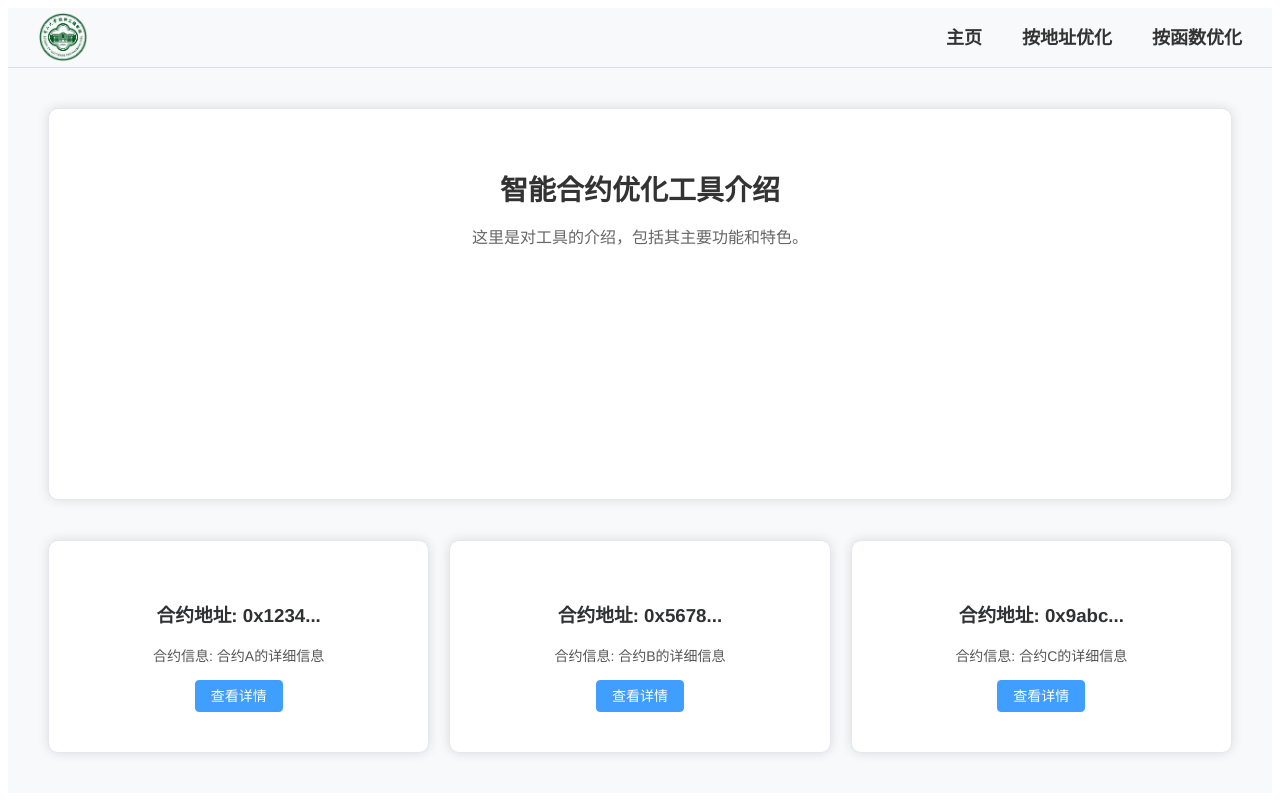
Repository: syckcoding/SmartHalo
Page: /
These files come from the project's save history. The page is drawn as it stood at one moment and after the next save; the edit follows.
The browser window is 1280 px wide. The pictures show the whole page.
The project was rebuilt for these pictures with package versions that can differ from the ones it lists, and the page was loaded fresh each time. Also part of the build but not shown: vite.config.js, src/views/Detail.vue.

Above is the page before, as saved 2024-10-05 11:24:23.

### src/main.js
import { createApp } from 'vue';
import App from './App.vue';
import router from './router';
import ElementPlus from 'element-plus';
import 'element-plus/dist/index.css';

createApp(App).use(router).use(ElementPlus).mount('#app');

### src/App.vue
<template>
  <div id="app">
    <Navbar />
    <router-view />
  </div>
</template>

<script>
import Navbar from './components/Navbar.vue';

export default {
  components: {
    Navbar,
  },
};
</script>

<style>
/* 样式设置 */
#app {
  font-family: Avenir, Helvetica, Arial, sans-serif;
  text-align: center;
  color: #2c3e50;
}
</style>

### src/router/index.js
import { createRouter, createWebHistory } from 'vue-router';
import Home from '../views/Home.vue';
import Detail from '../views/Detail.vue';

const routes = [
  { path: '/', name: 'Home', component: Home },
  { path: '/detail/:id', name: 'Detail', component: Detail, props: true },
];

const router = createRouter({
  history: createWebHistory(process.env.BASE_URL),
  routes,
});

export default router;

### src/components/Navbar.vue
<!-- <template>
  <el-menu :default-active="activeIndex" class="el-menu-demo" mode="horizontal">
    <el-menu-item index="0" class="logo-item">
      <img src="@/assets/intro-image.png" alt="工具LOGO" class="intro-logo" />
    </el-menu-item>
    <div class="menu-right">
      <el-menu-item index="1" @click="goToHome" class="menu-item">主页</el-menu-item>
      <el-menu-item index="2" @click="goToAddressOptimization" class="menu-item">按地址优化</el-menu-item>
      <el-menu-item index="3" @click="goToFunctionOptimization" class="menu-item">按函数优化</el-menu-item>
    </div>
  </el-menu>
</template>

<script>
export default {
  data() {
    return {
      activeIndex: '1',
    };
  },
  methods: {
    goToHome() {
      this.$router.push({ name: 'Home' });
    },
    goToAddressOptimization() {
      this.$router.push({ name: 'Detail', params: { mode: 'address' } });
    },
    goToFunctionOptimization() {
      this.$router.push({ name: 'Detail', params: { mode: 'function' } });
    },
  },
};
</script>

<style scoped>
.el-menu-demo {
  background-color: #f8f9fa;  /* 浅灰色背景，与主页阴影一致 */
  color: #333;
  padding: 10px;
  display: flex;
  align-items: center;
  box-shadow: 0 2px 4px rgba(0, 0, 0, 0.1);  /* 浅灰色阴影效果 */
  border-bottom: 2px solid #2196f3;  /* 底部蓝色线条区分 */
  justify-content: space-between; /* 主轴两端对齐，使左侧logo与右侧菜单分别靠边 */
}

.logo-item {
  pointer-events: none;
  position: relative;
  left: 20px;
  z-index: 10;  /* 保证logo始终在最外层 */
}

.intro-logo {
  width: 55px;
  height: 55px;
  margin-right: 20px;
}

.menu-item {
  color: #333;
  font-size: 18px;  /* 字体稍微调大一点 */
  font-weight: bold;  /* 字体调粗一点 */
  padding: 0 20px;
  transition: color 0.3s ease;
}

.menu-item:hover {
  color: #2196f3;  /* 悬停时改变字体颜色为蓝色，增强交互性 */
}

.menu-right {
  display: flex;
  gap: 30px;
  margin-left: auto;
}

.menu-right {
  display: flex;  /* 确保子元素在同一行显示 */
}
</style> -->

<template>
  <el-menu :default-active="activeIndex" class="el-menu-demo" mode="horizontal">
    <el-menu-item index="0" class="logo-item">
      <img src="@/assets/intro-image.png" alt="工具LOGO" class="intro-logo" />
    </el-menu-item>
    <div class="menu-right">
      <el-menu-item index="1" @click="goToHome">主页</el-menu-item>
      <el-menu-item index="2" @click="goToAddressOptimization">按地址优化</el-menu-item>
      <el-menu-item index="3" @click="goToFunctionOptimization">按函数优化</el-menu-item>
    </div>
  </el-menu>
</template>

<script>
export default {
  data() {
    return {
      activeIndex: '1',
    };
  },
  methods: {
    goToHome() {
      this.$router.push({ name: 'Home' });
    },
    goToAddressOptimization() {
      this.$router.push({ name: 'Detail', params: { mode: 'address' } });
    },
    goToFunctionOptimization() {
      this.$router.push({ name: 'Detail', params: { mode: 'function' } });
    },
  },
};
</script>

<style scoped>
.el-menu-demo {
  background-color: #f8f9fa;  /* 浅灰色背景，与主页阴影一致 */
  color: #333;
  padding: 10px;
  display: flex;  /* 使用Flex布局 */
  align-items: center;
  justify-content: space-between; /* 主轴两端对齐，使左侧logo与右侧菜单分别靠边 */
}

.logo-item {
  pointer-events: none;
}

.intro-logo {
  width: 50px;
  height: 50px;
  margin-right: 20px;
}

.el-menu-demo .el-menu-item {
  color: #333;
  font-size: 18px;  /* 字体稍微调大一点 */
  font-weight: bold;  /* 字体调粗一点 */
  padding: 0 20px;
  transition: color 0.3s ease;
}

.menu-right {
  display: flex;  /* 确保子元素在同一行显示 */
}
</style>

### src/views/Home.vue
<template>
    <div>
      <HomePage />
    </div>
  </template>

  <script>
  import HomePage from '../components/HomePage.vue';

  export default {
    components: {
      HomePage,
    },
  };
  </script>

  <style scoped>
  /* 可根据需要添加样式 */
  </style>

### src/components/HomePage.vue
<template>
  <div class="home">
    <el-row :gutter="20" class="intro-section">
      <el-col :span="24">
        <el-card class="intro-card">
          <h1 class="intro-title">智能合约优化工具介绍</h1>
          <p class="intro-description">这里是对工具的介绍，包括其主要功能和特色。</p>
        </el-card>
      </el-col>
    </el-row>

    <el-row :gutter="20" class="contracts">
      <el-col :span="8" v-for="contract in contracts" :key="contract.id">
        <el-card class="box-card">
          <div class="card-header">
            <h3>合约地址: {{ contract.address }}</h3>
          </div>
          <div class="card-content">
            <p>合约信息: {{ contract.info }}</p>
          </div>
          <div class="card-actions center-button">
            <el-button type="primary" @click="viewDetails(contract.id)">查看详情</el-button>
          </div>
        </el-card>
      </el-col>
    </el-row>
  </div>
</template>

<script>
export default {
  data() {
    return {
      contracts: [
        { id: 1, address: '0x1234...', info: '合约A的详细信息' },
        { id: 2, address: '0x5678...', info: '合约B的详细信息' },
        { id: 3, address: '0x9abc...', info: '合约C的详细信息' },
      ],
    };
  },
  methods: {
    viewDetails(contractId) {
      this.$router.push({ name: 'Detail', params: { id: contractId } });
    },
  },
};
</script>

<style scoped>
.home {
  padding: 40px;
  background-color: #f8f9fa;
}
.intro-section {
  margin-bottom: 40px;
}
.intro-card {
  padding: 20px;
  min-height: 350px;
  background-color: #ffffff;
  border-radius: 10px;
  box-shadow: 0 4px 8px rgba(0, 0, 0, 0.1);
}
.intro-title {
  font-size: 28px;
  font-weight: bold;
  color: #333;
  margin-bottom: 10px;
}
.intro-description {
  font-size: 16px;
  color: #666;
}
.contracts {
  margin-top: 20px;
}
.box-card {
  padding: 20px;
  background-color: #ffffff;
  border-radius: 10px;
  box-shadow: 0 4px 8px rgba(0, 0, 0, 0.1);
  transition: transform 0.3s ease;
}
.box-card:hover {
  transform: translateY(-5px);
}
.card-header {
  margin-bottom: 10px;
}
.card-content {
  font-size: 14px;
  color: #555;
  margin-bottom: 15px;
}
.card-actions {
  text-align: center;
  display: flex;
  justify-content: center;
  align-items: center;
}
.center-button {
  margin-top: 15px;
}
.el-button {
  background-color: #409eff;
  border-color: #409eff;
  color: #ffffff;
}
.el-button:hover {
  background-color: #66b1ff;
  border-color: #66b1ff;
}
</style>

Loaded but not shown: index.html (common file)

After the next save:
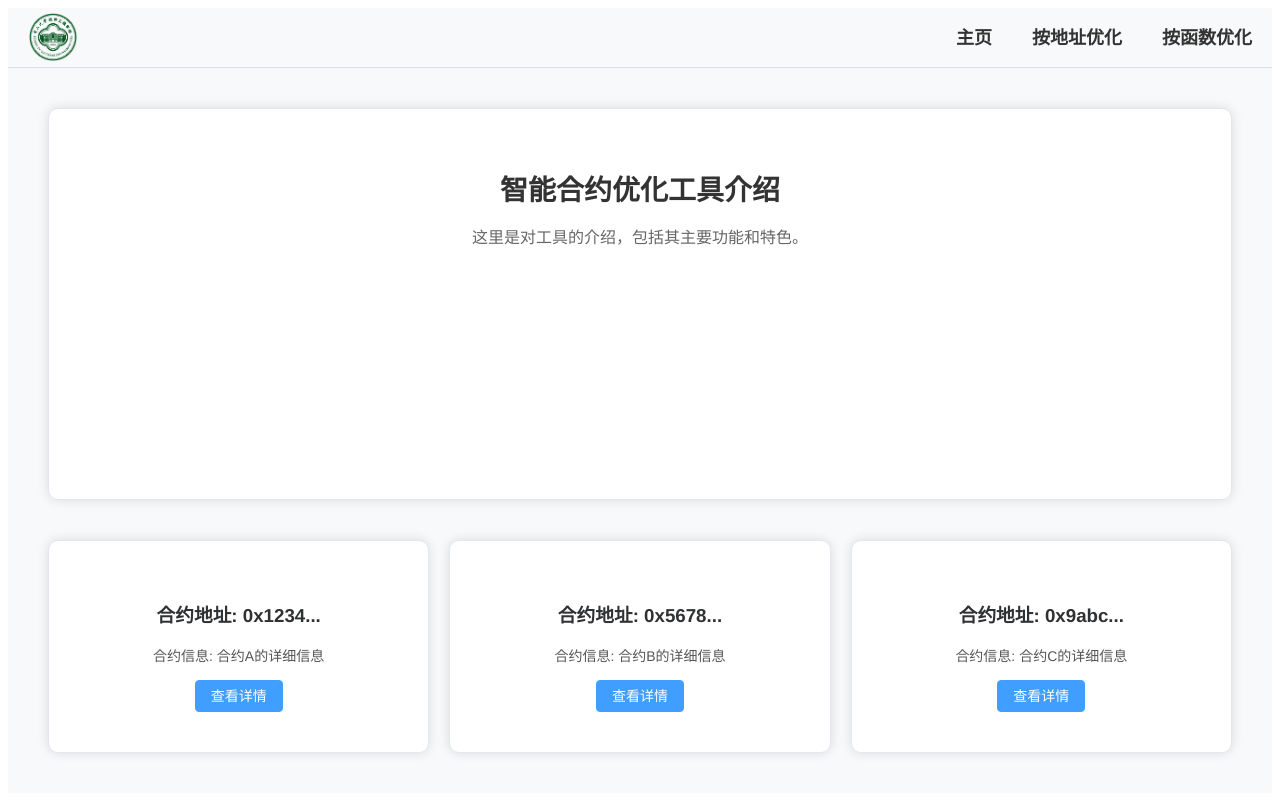
Saved 92 s later.
--- a/src/components/Navbar.vue
+++ b/src/components/Navbar.vue
@@ -118,7 +118,9 @@
 .el-menu-demo {
   background-color: #f8f9fa;  /* 浅灰色背景，与主页阴影一致 */
   color: #333;
-  padding: 10px;
+  padding: 0; /* 取消内边距 */
+  margin: 0; /* 取消外边距 *
+  /* padding: 10px; */
   display: flex;  /* 使用Flex布局 */
   align-items: center;
   justify-content: space-between; /* 主轴两端对齐，使左侧logo与右侧菜单分别靠边 */

After the 4 saves that followed:
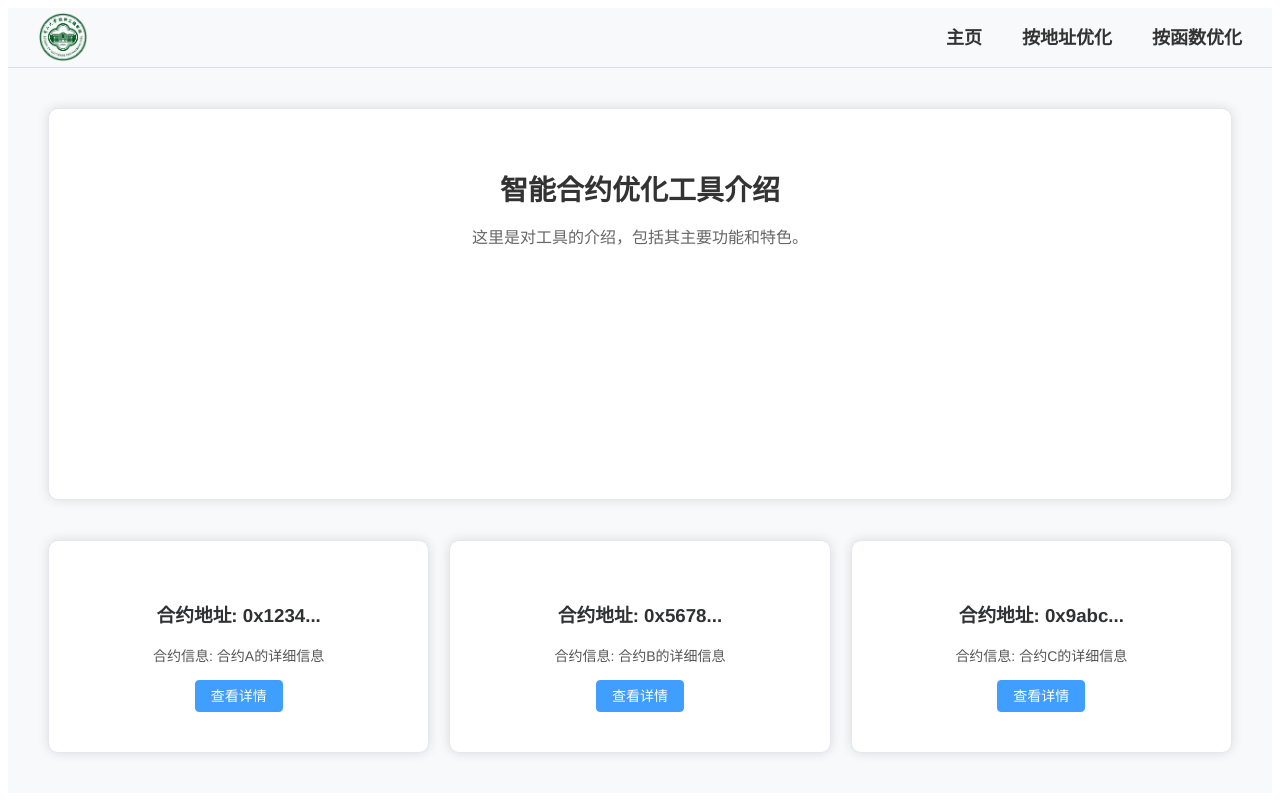
The 4 saves are shown as one change because 3 left the picture as it was.
The last was saved 4 min 45 s later.
--- a/src/components/Navbar.vue
+++ b/src/components/Navbar.vue
@@ -118,9 +118,7 @@
 .el-menu-demo {
   background-color: #f8f9fa;  /* 浅灰色背景，与主页阴影一致 */
   color: #333;
-  padding: 0; /* 取消内边距 */
-  margin: 0; /* 取消外边距 *
-  /* padding: 10px; */
+  padding: 10px;
   display: flex;  /* 使用Flex布局 */
   align-items: center;
   justify-content: space-between; /* 主轴两端对齐，使左侧logo与右侧菜单分别靠边 */
